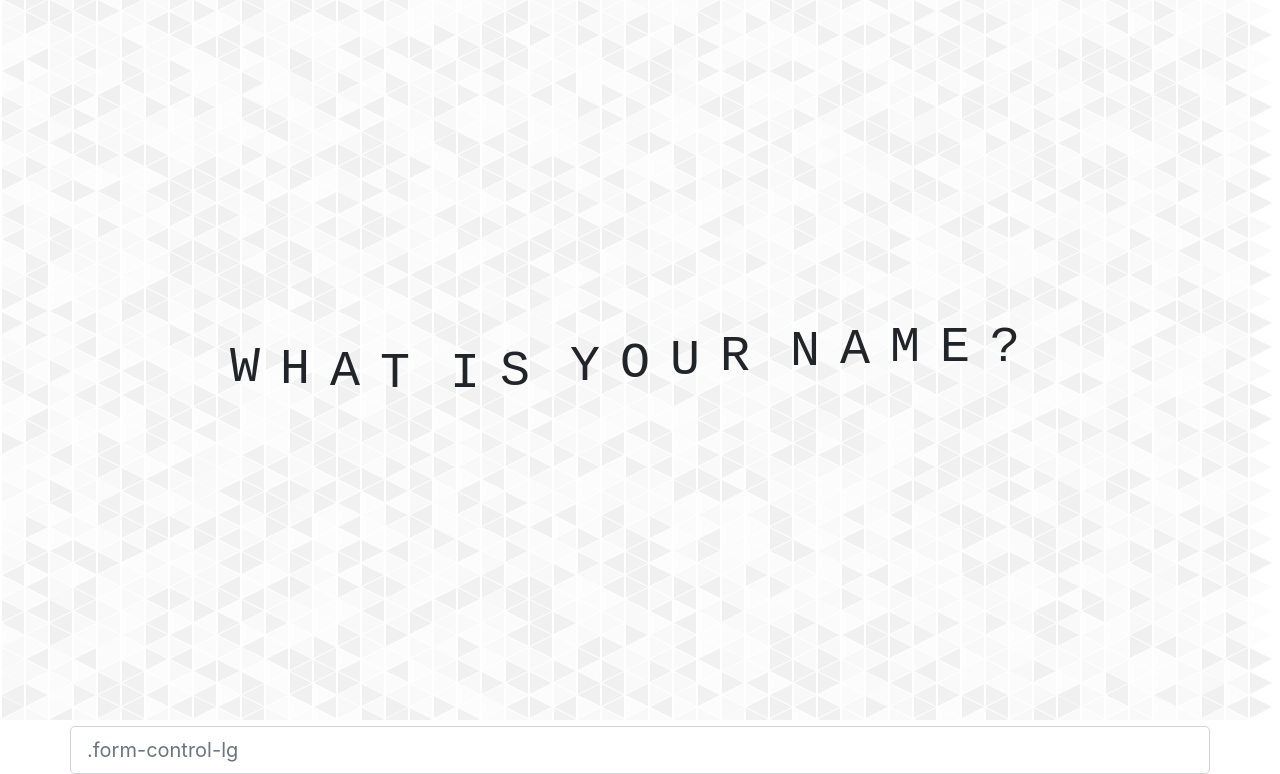
Repository: Aaquib111/Aaquib111.github.io
Page: index.html
The author's editor kept a copy of each file at every save. The page is drawn from the files as they stood at one save, then again after the next save.
The browser window is 1280 px wide. The pictures show the whole page.

Above is the page before, as saved 2021-05-12 21:24:52.

### index.html
<!DOCTYPE html>
<html>
    <head>
        <meta charset="utf-8">
        <title></title>
        <link rel="stylesheet" type="text/css" href="css\background.css">
        <link rel="stylesheet" href="https://maxcdn.bootstrapcdn.com/bootstrap/4.0.0/css/bootstrap.min.css" integrity="sha384-Gn5384xqQ1aoWXA+058RXPxPg6fy4IWvTNh0E263XmFcJlSAwiGgFAW/dAiS6JXm" crossorigin="anonymous">
    </head>
    <body>
         <canvas id="canvas" width=""></canvas>

        <div id="inputs">
        Text <input type="text" placeholder="What is your name?" value="What is your name?" id="texty"><br>
        Speed <input type="number" id="omegset" step="0.1" value="1.8"><br>
        Amplitude <input type="number" id="ampset" step='1' value='20'><br>
        Font size <input type="number" id="fonts" step='1' value='50'><br>
        Waves <input type="number" id="waves" step='0.1' value='4' min='0' max='8'><br>
        </div>
        <div class="container">
            <div id="wrap" class="row"></div>
            <div class=row>
                <input class="form-control form-control-lg" type="text" placeholder=".form-control-lg">
            </div>
        </div>


       <script src="js\background.js"></script>
    </body>
</html>

### css/background.css
* {
  margin: 0;
  padding: 0;
}

html, body {
  height: 100%;
  width: 100%;
}

canvas{
  height: 100%;
  width: 100%;
}


#wrap{
  z-index: 1;
  position: absolute;
  left: 0;
  top: 0;
  height: 100vh;
  width: 100vw;
  display: flex;
  align-items: center;
  justify-content: center;
  flex-wrap: wrap;
}

#form-name{
}
.hoovy{
  font-size: 50px;
  font-family: 'VT323',Monospace,sans-serif;
  margin-left: 10px;
  margin-right: 10px;
  -moz-user-select: none;
  -webkit-user-select: none;
  -ms-user-select: none;
}
input{
  background-color: rgba(255,255,255,0.3);
  border: none;
  margin-top: 2px;
  margin-bottom: 2px;
}
#inputs{
  text-align: right;
  color: white;
  font-family: 'VT323';
  padding: 5px 10px;
  border-radius: 5px;
  background-color: rgba(0,0,0,0.2);
  z-index: 2;
  position: absolute;
  box-shadow: #000 2px 3px 10px -2px;
  top: 10px;
  right: 10px;
  -moz-user-select: none;
  -webkit-user-select: none;
  -ms-user-select: none;
  visibility: hidden;
}

### js/background.js
var livePatern = {
    canvas: null,
    context: null,
    cols: 0,
    rows: 0,
    colors: [252, 251, 249, 248, 241, 240],
    triangleColors: [],
    destColors: [],

    init: function(){
      this.canvas = document.getElementById('canvas');
      this.context = this.canvas.getContext('2d');
      this.cols = Math.floor(document.body.clientWidth / 24);
      this.rows = Math.floor(document.body.clientHeight / 24) + 1;

      this.canvas.width = document.body.clientWidth;
      this.canvas.height = document.body.clientHeight;

      this.drawBackground();
      this.animate();
    },

    drawTriangle: function(x, y, color, inverted){
      inverted = inverted == undefined ? false : inverted;

      this.context.beginPath();
      this.context.moveTo(x, y);
      this.context.lineTo(inverted ? x - 22 : x + 22, y + 11);
      this.context.lineTo(x, y + 22);
      this.context.fillStyle = "rgb("+color+","+color+","+color+")";
      this.context.fill();
      this.context.closePath();
    },

    getColor: function(){
      return this.colors[(Math.floor(Math.random() * 6))];
    },

    drawBackground: function(){
      var eq = null;
      var x = this.cols;
      var destY = 0;
      var color, y;

      while(x--){
        eq = x % 2;
        y = this.rows;

        while(y--){
          destY = Math.round((y-0.5) * 24);

          this.drawTriangle(x * 24 + 2, eq == 1 ? destY : y * 24, this.getColor());
          this.drawTriangle(x * 24, eq == 1 ? destY  : y * 24, this.getColor(), true);
        }
      }
    },

    animate: function(){
      var me = this;

      var x = Math.floor(Math.random() * this.cols);
      var y = Math.floor(Math.random() * this.rows);
      var eq = x % 2;

      if (eq == 1) {
        me.drawTriangle(x * 24, Math.round((y-0.5) * 24) , this.getColor(), true);
      } else {
        me.drawTriangle(x * 24 + 2, y * 24, this.getColor());
      }

      setTimeout(function(){
        me.animate.call(me);
      }, 10);
    },
  };

  !function(){livePatern.init();}()


  let waves = 4;

  function docify(str){
    document.getElementById('wrap').innerHTML = "";
    for(let i = 0; i < str.length; i++){
      let el = document.createElement('div');
      el.className = "hoovy";
      el.appendChild(  document.createTextNode(str.charAt(i))  );
      el.setAttribute('data-phi',i*Math.PI/(10 - waves));
      el.style.transform = "";
      document.getElementById('wrap').appendChild(el);
    }
    document.getElementById('wrap').appendChild(document.createElement('br'));
  }

  let omeg = 1.8,
      ampl = 13,
      wrap = document.getElementById('wrap'),
      time = 0;

  function anim(){

    if(omeg * time > 2*Math.PI){
      time = 0;
    }
    for(let k = 0; k < wrap.childNodes.length; k++){
      let elem = wrap.childNodes[k];
      let phi = elem.getAttribute('data-phi');
      elem.style.transform = 'translateY('+ampl*Math.sin(omeg*time + phi/2) + 'px)';
    }
    time += 6/100;
    requestAnimationFrame(anim);
  };

  document.getElementById('wrap').innerHTML = "";

  document.getElementById('ampset').oninput = function(){
    ampl = this.value;
  }
  document.getElementById('omegset').oninput = function(){
    omeg = this.value;
  }
  document.getElementById('fonts').oninput = function(){
    for(let i = 0; i < wrap.childNodes.length; i++){
      wrap.childNodes[i].style.fontSize = document.getElementById('fonts').value + 'px';
    }
  }
  document.getElementById('waves').oninput = function(){
    waves = this.value;
    docify(document.getElementById('texty').value);
  }
  document.getElementById('texty').oninput = function(){
    docify(this.value);
  }

  docify('WHAT IS YOUR NAME?');
  anim();

After the next save:
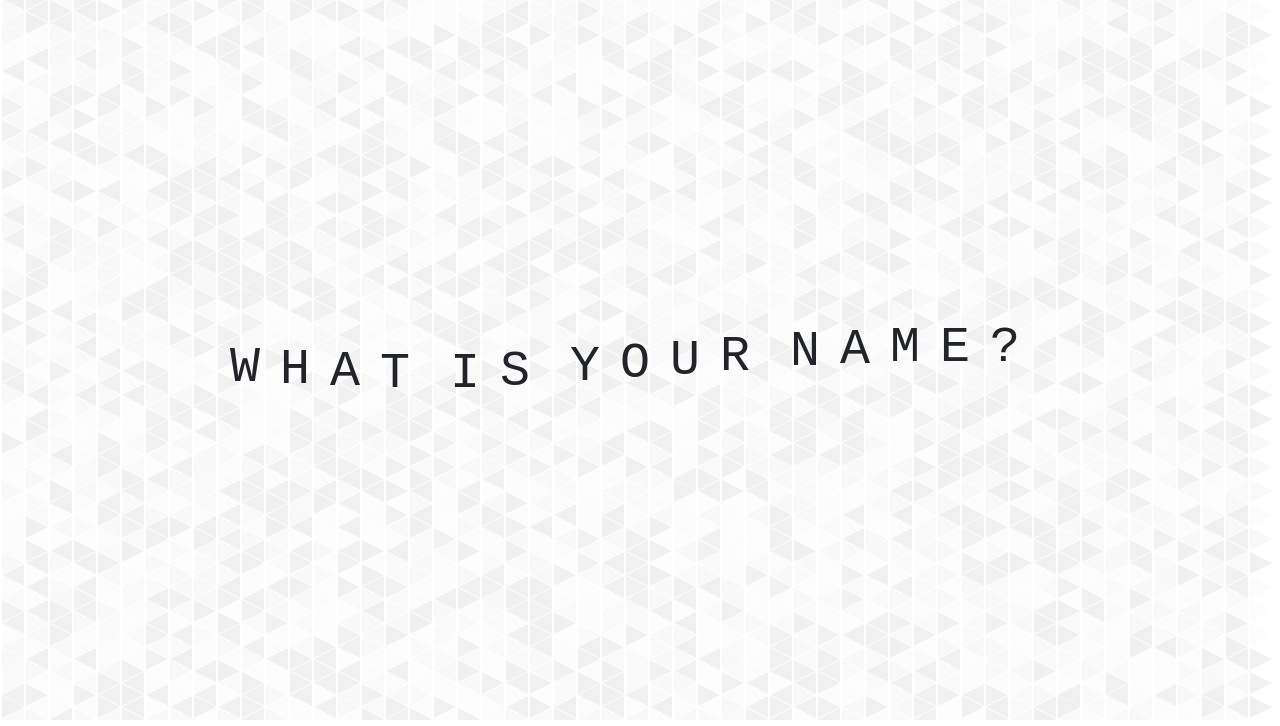
Saved 7 min 13 s later.
--- a/index.html
+++ b/index.html
@@ -17,9 +17,9 @@
         Waves <input type="number" id="waves" step='0.1' value='4' min='0' max='8'><br>
         </div>
         <div class="container">
-            <div id="wrap" class="row"></div>
+            <div id="wrap" class="row"><input class="form-control form-control-lg" type="text" placeholder=".form-control-lg"></div>
             <div class=row>
-                <input class="form-control form-control-lg" type="text" placeholder=".form-control-lg">
+
             </div>
         </div>
 
